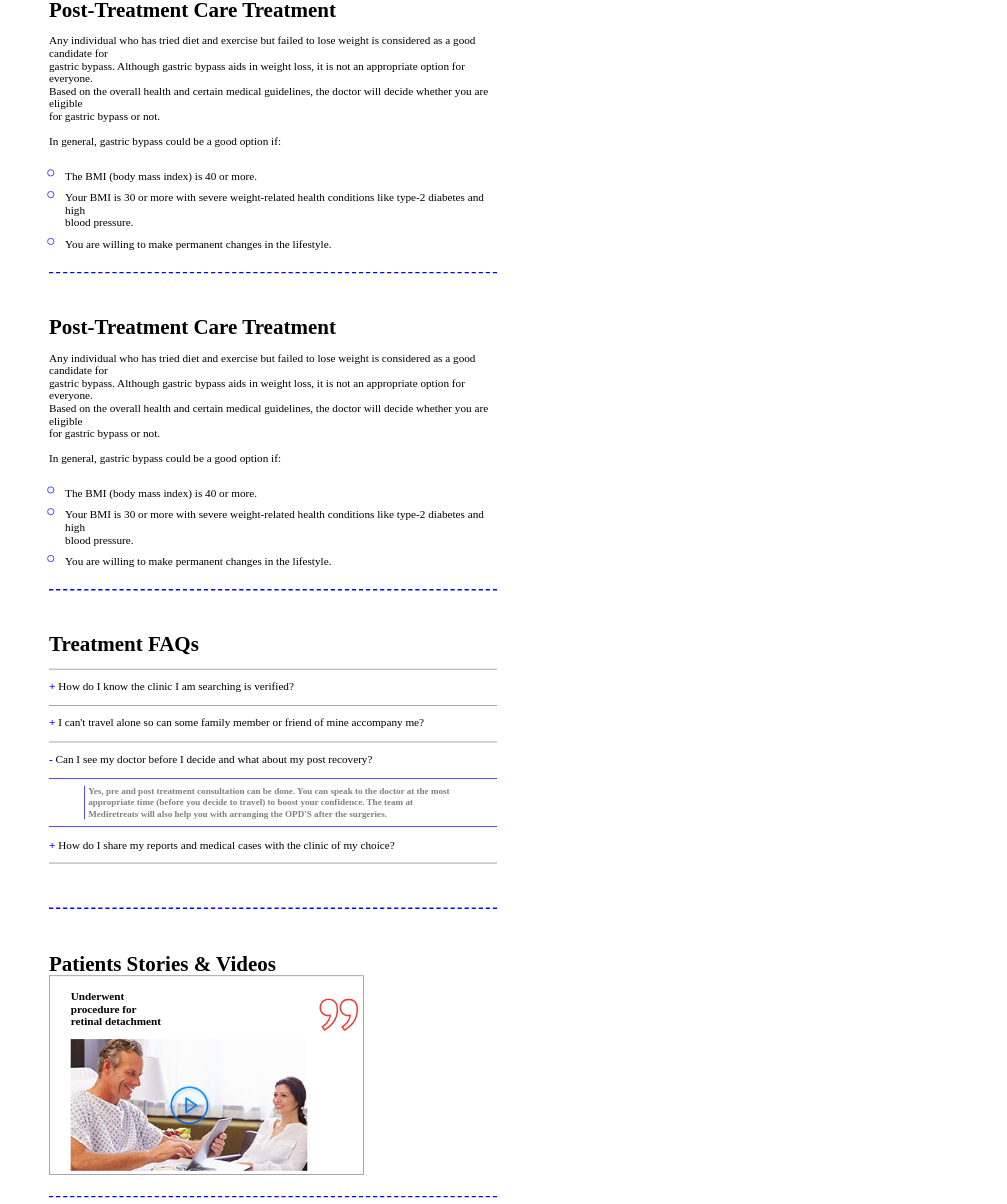
Repository: hetuk2005/webDevelopment
Page: Projects/Aafiya.html
These files come from the project's save history. The page is drawn as it stood at one moment and after the next save; the edit follows.
The browser window is 1280 px wide. The page is 1438 px wide, so the pictures cover 1438 px, including what lies to the right of the window. The pictures show the part of the page from y = 2759 to 4479 px (the page is 4479 px tall), at 70% of full size.

Above is the page before, as saved 2025-04-08 10:38:23.

### Projects/Aafiya.html
<!DOCTYPE html>
<html lang="en">

<head>
    <meta charset="UTF-8" />
    <meta name="viewport" content="width=device-width, initial-scale=1.0" />
    <title>Hetuk</title>
    <link rel="stylesheet" href="./CSS/Aafiya.css" />
</head>

<body>
    <nav>
        <div class="child1">
            <div class="images">
                <img src="./Images/Aafiya Logo.svg" alt="Aafiya Logo" class="img1" /><br />
                <img src="./Images/Logo 2.png" alt="Logo" class="img2" />
            </div>
            <div class="image_text">
                <div class="book_text">
                    <img src="./Images/Book.svg" alt="Book" class="img3" />
                    <div class="grid">
                        <br />
                        <p class="text">Second Medical Option</p>
                        <p class="text1">Book Consultation</p>
                    </div>
                </div>
                <div class="call_text">
                    <img src="./Images/Call.svg" alt="Call" class="img4" /><br />
                    <div class="grid">
                        <br />
                        <p class="text">Call Us On</p>
                        <p class="text1">985 896 2222</p>
                    </div>
                </div>
                <div class="mail_text">
                    <img src="./Images/Mail.png" alt="Mail" class="img5" />
                    <div class="grid">
                        <br />
                        <p class="text">Email Us On</p>
                        <p class="text1">info@mediretreats.com</p>
                    </div>
                </div>
                <div class="India">
                    <img src="./Images/India.svg" alt="India Flag" class="img6" />
                    <img src="./Images/Dropdown Arrow.svg" alt="Dropdown Arrow" class="img7" />
                </div>
            </div>
        </div>
        <div class="child2">
            <ul>
                <li>Home</li>
                <li>About Us</li>
                <li>Treatments +</li>
                <li>Destinations +</li>
                <li>Hospitals</li>
                <li>FAQs</li>
                <li>Blog</li>
                <li>Request A Quote</li>
            </ul>
            <input type="search" placeholder="Search" />
        </div>
    </nav>
    <div class="home_img">
        <div class="home_child">
            <p class="home_content">Home</p>
            <span> > </span>
            <p class="home_content">Treatments</p>
            <span> > </span>
            <p class="home_content">Orthopaedics</p>
            <span> > </span>
            <p class="home_content">Knee Replacement</p>
        </div>
        <br />
        <h3>Total Knee Replacement</h3>
        <p class="home_description">
            Total knee replacement is a surgery to remove and replace the whole<br /> damaged knee joint with an artificial joint.
        </p>
        <br />
        <button class="enquire_now">Enquire Now</button>
    </div>
    <div class="nav2">
        <ul>
            <li class="list">Overview</li>
            <li>Eligibility</li>
            <li>Preparation</li>
            <li>About Treatment</li>
            <li>Post-Treatment Care</li>
            <li>Recovery Tips</li>
            <li>FAQs</li>
            <li>Patients Stories</li>
        </ul>
    </div>
    <div class="treatment_overview">
        <div class="treatment_text">
            <h3>Treatment Overview</h3>
            <br />
            <p>
                Lorem ipsum dolor sit amet consectetur adipisicing elit.<br /> Earum, culpa vel debitis incidunt non quis.
            </p>
            <br />
            <p>
                Lorem ipsum dolor sit amet consectetur adipisicing elit.<br /> aliquam repudiandae, corporis consectetur dolorem eum.<br /> facilis quasi, praesentium inventore expedita quo hic.
            </p>
            <br />
            <p>
                Lorem ipsum dolor sit amet culpa vel debitis<br /> consectetur, adipisicing elit. Adipisci, nemo.
            </p>
            <br />
        </div>
        <div class="treatment_img">
            <img src="./Images/treatment_overview (1).jpg" alt="Image" />
        </div>
    </div>
    <div class="eligibility_for_treatment">
        <div class="eligibility_text">
            <h3>Eligibility For Treatment</h3>
            <br />
            <p>
                Any individual who has tried diet and exercise but failed to lose weight is considered as a good candidate for<br /> gastric bypass. Although gastric bypass aids in weight loss, it is not an appropriate option for everyone.<br /> Based
                on the overall health and certain medical guidelines, the doctor will decide whether you are eligible<br /> for gastric bypass or not.
            </p>
            <br />
            <p>In general, gastric bypass could be a good option if:</p>
            <br />
            <ul>
                <li>The BMI (body mass index) is 40 or more.</li>
                <li>
                    Your BMI is 30 or more with severe weight-related health conditions like type-2 diabetes and high<br /> blood pressure.
                </li>
                <li>You are willing to make permanent changes in the lifestyle.</li>
            </ul>
        </div>
        <br /><br /><br />
        <div class="eligibility_form">
            <h3>Need Help?</h3>
            <br />
            <p>
                Just let us know. We will be happy to<br /> assist you.
            </p>
            <br /><br />
            <form>
                <input type="text" placeholder="Full Name" /><br /><br />
                <input type="email" placeholder="Email" /><br /><br />
                <input type="tel" placeholder="Phone Number" /><br /><br />
                <input type="textarea" placeholder="Describe Your Treatment Requirement" class="textarea" /><br /><br />
                <button class="Enquiry">Send Enquiry</button>
            </form>
        </div>
    </div>
    <div class="preparation_of_treatment">
        <h3>Preparation Of Treatment</h3>
        <br />
        <p>
            Any individual who has tried diet and exercise but failed to lose weight is considered as a good candidate for<br /> gastric bypass. Although gastric bypass aids in weight loss, it is not an appropriate option for everyone.<br /> Based on
            the overall health and certain medical guidelines, the doctor will decide whether you are eligible<br /> for gastric bypass or not.
        </p>
        <br />
        <p>In general, gastric bypass could be a good option if:</p>
        <br />
        <ul>
            <li>The BMI (body mass index) is 40 or more.</li>
            <li>
                Your BMI is 30 or more with severe weight-related health conditions like type-2 diabetes and high<br /> blood pressure.
            </li>
            <li>You are willing to make permanent changes in the lifestyle.</li>
        </ul>
    </div>
    <div class="about_treatment">
        <h3>About Treatment</h3>
        <br />
        <p>
            Any individual who has tried diet and exercise but failed to lose weight is considered as a good candidate for<br /> gastric bypass. Although gastric bypass aids in weight loss, it is not an appropriate option for everyone.<br /> Based on
            the overall health and certain medical guidelines, the doctor will decide whether you are eligible<br /> for gastric bypass or not.
        </p>
        <br />
        <p>In general, gastric bypass could be a good option if:</p>
        <br />
        <ul>
            <li>The BMI (body mass index) is 40 or more.</li>
            <li>
                Your BMI is 30 or more with severe weight-related health conditions like type-2 diabetes and high<br /> blood pressure.
            </li>
            <li>You are willing to make permanent changes in the lifestyle.</li>
        </ul>
    </div>
    <div class="post_treatment">
        <h3>Post-Treatment Care Treatment</h3>
        <br />
        <p>
            Any individual who has tried diet and exercise but failed to lose weight is considered as a good candidate for<br /> gastric bypass. Although gastric bypass aids in weight loss, it is not an appropriate option for everyone.<br /> Based on
            the overall health and certain medical guidelines, the doctor will decide whether you are eligible<br /> for gastric bypass or not.
        </p>
        <br />
        <p>In general, gastric bypass could be a good option if:</p>
        <br />
        <ul>
            <li>The BMI (body mass index) is 40 or more.</li>
            <li>
                Your BMI is 30 or more with severe weight-related health conditions like type-2 diabetes and high<br /> blood pressure.
            </li>
            <li>You are willing to make permanent changes in the lifestyle.</li>
        </ul>
    </div>
    <div class="treatment_recovery">
        <h3>Post-Treatment Care Treatment</h3>
        <br />
        <p>
            Any individual who has tried diet and exercise but failed to lose weight is considered as a good candidate for<br /> gastric bypass. Although gastric bypass aids in weight loss, it is not an appropriate option for everyone.<br /> Based on
            the overall health and certain medical guidelines, the doctor will decide whether you are eligible<br /> for gastric bypass or not.
        </p>
        <br />
        <p>In general, gastric bypass could be a good option if:</p>
        <br />
        <ul>
            <li>The BMI (body mass index) is 40 or more.</li>
            <li>
                Your BMI is 30 or more with severe weight-related health conditions like type-2 diabetes and high<br /> blood pressure.
            </li>
            <li>You are willing to make permanent changes in the lifestyle.</li>
        </ul>
    </div>
    <div class="treatment_faqs">
        <h3>Treatment FAQs</h3>
        <br />
        <p>How do I know the clinic I am searching is verified?</p>
        <br />
        <p>
            I can't travel alone so can some family member or friend of mine accompany me?
        </p>
        <br />
        <p class="answered">
            Can I see my doctor before I decide and what about my post recovery?
        </p>
        <br />
        <p class="answer">
            <span class="left">
          Yes, pre and post treatment consultation can be done. You can speak to
          the doctor at the most<br />
          appropriate time (before you decide to travel) to boost your
          confidence. The team at<br />
          Mediretreats will also help you with arranging the OPD'S after the
          surgeries.
        </span>
        </p>
        <br />
        <a class="bottom">
        How do I share my reports and medical cases with the clinic of my
        choice?
      </a>
        <br />
    </div>
    <div class="patient_stories">
        <h3>Patients Stories & Videos</h3>
        <div class="stories_img">
            <div class="text1">
                <p class="stories_text">Underwent procedure for<br> retinal detachment</p>
                <br>
                <img src="./Images/Quotes.svg" alt="Quotes" class="quotes">
            </div>
            <img src="./Images/Patient_Stories.png" alt="Image Of Patient" class="patients" />
        </div>
    </div>
</body>

</html>

### Projects/CSS/Aafiya.css
* {
    margin: 0;
    padding: 0;
    box-sizing: border-box;
}

nav {
    width: 100%;
}

.child1 {
    display: flex;
    padding-top: 15px;
    gap: 20px;
    /* height: 50vh; */
    /* border: 1px solid black; */
    justify-content: space-evenly;
    align-items: center;
}

.img3,
.img4,
.img5 {
    height: 60px;
    width: 60px;
    padding-top: 10px;
    object-fit: contain;
}

.book_text,
.call_text,
.mail_text {
    display: flex;
    width: 250px;
    /* border: 1px solid red; */
    justify-content: center;
    padding-bottom: 15px;
}

.grid {
    display: grid;
    text-align: left;
    padding-left: 10px;
}

.img1 {
    height: 70px;
    width: 300px;
    object-fit: contain;
}

.img2 {
    height: 80px;
    width: 70px;
    object-fit: contain;
}

.image_text {
    display: flex;
    gap: 20px;
    padding-right: 50px;
}

.images {
    display: flex;
    gap: 25px;
    padding-left: 50px;
    justify-content: center;
    align-items: center;
}

.text1 {
    font-weight: bolder;
    font-size: 15px;
}

.text {
    font-weight: bold;
    color: gray;
    font-size: 15px;
}

.India {
    display: flex;
    padding-left: 5px;
    justify-content: center;
    gap: 8px;
}

.India>.img6 {
    height: 50px;
    /* width: 50px; */
    padding-top: 10px;
    object-fit: contain;
}

.India>.img7 {
    height: 40px;
    /* width: 40px; */
    padding-top: 23px;
    object-fit: contain;
}

.child2 {
    display: flex;
    padding-top: 10px;
    /* border: 1px solid black; */
    justify-content: space-evenly;
    align-items: center;
    color: white;
    padding-bottom: 10px;
    background-color: rgb(125, 163, 244);
}

.child2>ul {
    list-style-type: none;
    display: flex;
    gap: 60px;
    justify-content: center;
    font-weight: bold;
    align-items: center;
    font-size: larger;
    padding-right: 60px;
}

.child2>input {
    height: 45px;
    background-color: rgb(125, 163, 244);
    width: 200px;
    padding-left: 10px;
    font-weight: bold;
    border: 2px solid black;
}

.child2>input::placeholder {
    color: white;
    text-align: center;
    font-size: large;
    font-weight: bolder;
    opacity: 0.8;
}

.home_img {
    background-image: url(../Images/Main\ Image.jpg);
    background-position: center center;
    background-size: cover;
    background-repeat: no-repeat;
    padding: 80px 0;
    padding-left: 70px;
    position: relative;
    color: white;
}

.home_img>.home_child {
    display: flex;
    gap: 20px;
}

.home_img>.home_child>.home_content,
span {
    font-size: 20px;
    font-weight: bold;
}

.home_img>h3 {
    font-size: 37px;
    font-weight: bolder;
    margin-bottom: 15px;
}

.home_img>.home_description {
    font-size: 19px;
    margin-bottom: 25px;
    font-weight: bold;
}

.home_img>.home_child>span {
    color: red;
}

.home_img>.enquire_now {
    background-color: #1da1f2;
    font-weight: bold;
    color: white;
    font-size: 17px;
    width: 170px;
    height: 40px;
}

.nav2>ul {
    list-style-type: none;
    display: flex;
    gap: 50px;
    padding-left: 60px;
    padding-top: 25px;
    padding-bottom: 20px;
    border-bottom: 2px solid gray;
    font-size: larger;
    font-weight: 300;
}

.nav2>ul>.list:hover {
    text-decoration: underline;
}

.treatment_overview {
    display: flex;
    width: 100%;
    gap: 50px;
    margin-bottom: 10px;
    border-bottom: 2px dashed blue;
    margin-left: 70px;
}

.treatment_overview>.treatment_text {
    padding-top: 67px;
    padding-bottom: 50px;
}

.treatment_overview>.treatment_text>p {
    font-size: 25px;
    padding-bottom: 25px;
}

.treatment_overview>.treatment_text>h3 {
    font-weight: bold;
    font-size: 30px;
}

.treatment_overview>.treatment_img>img {
    height: 480px;
    width: 700px;
    padding-top: 40px;
    padding-bottom: 40px;
    object-fit: contain;
    margin-right: 70px;
}

.eligibility_for_treatment {
    display: flex;
    width: 100%;
    gap: 80px;
    padding-top: 50px;
    margin-left: 70px;
}

.eligibility_for_treatment>.eligibility_text {
    border-bottom: 2px dashed blue;
}

.eligibility_for_treatment>.eligibility_text>h3 {
    font-size: 30px;
    font-weight: bold;
}

.eligibility_for_treatment>.eligibility_text>ul {
    list-style-type: circle;
    padding-left: 23px;
}

.eligibility_for_treatment>.eligibility_text>ul>li::marker {
    color: blue;
    font-size: 30px;
    font-weight: bold;
}

.eligibility_for_treatment>.eligibility_form>h3 {
    font-size: 35px;
    color: blue;
    font-weight: bold;
    font-style: italic;
}

.eligibility_form {
    box-shadow: 0 0 10px rgba(0, 0, 0, 0.4);
    border-radius: 7px;
    padding: 20px;
}

.eligibility_for_treatment>.eligibility_form>p {
    font-size: 20px;
}

.eligibility_for_treatment>.eligibility_form>form>input {
    height: 40px;
    width: 300px;
    gap: 20px;
    border: 2px solid black;
    border-radius: 7px;
}

.eligibility_for_treatment>.eligibility_form>form>input::placeholder {
    color: gray;
    padding-left: 15px;
}

.eligibility_for_treatment>.eligibility_form>form>.textarea {
    height: 100px;
    width: 300px;
    border: 2px solid black;
    border-radius: 7px;
}


/*.eligibility_for_treatment>.eligibility_form>form>.textarea::placeholder {
    padding-bottom: 70px;
}*/

.eligibility_for_treatment>.eligibility_form>form>button {
    background: linear-gradient(to right, #00aaff, #66ccff);
    color: white;
    width: 100%;
    border-radius: 7px;
    border: none;
    height: 45px;
}

.preparation_of_treatment>h3 {
    font-size: 30px;
    font-weight: bold;
}

.preparation_of_treatment {
    border-bottom: 2px dashed blue;
    margin-bottom: 10px;
    padding-bottom: 30px;
    gap: 50px;
    padding-top: 50px;
    margin-left: 70px;
    width: 50%;
}

.preparation_of_treatment>ul {
    list-style-type: circle;
    padding-left: 23px;
}

.preparation_of_treatment>ul>li::marker {
    color: blue;
    font-size: 30px;
    font-weight: bold;
}

.about_treatment {
    border-bottom: 2px dashed blue;
    margin-bottom: 10px;
    padding-bottom: 30px;
    gap: 50px;
    padding-top: 50px;
    margin-left: 70px;
    width: 50%;
}

.about_treatment>ul {
    list-style-type: circle;
    padding-left: 23px;
}

.about_treatment>ul>li::marker {
    color: blue;
    font-size: 30px;
    font-weight: bold;
}

.about_treatment>h3 {
    font-size: 30px;
    font-weight: bold;
}

.post_treatment {
    border-bottom: 2px dashed blue;
    margin-bottom: 10px;
    padding-bottom: 30px;
    gap: 50px;
    padding-top: 50px;
    margin-left: 70px;
    width: 50%;
}

.post_treatment>ul {
    list-style-type: circle;
    padding-left: 23px;
}

.post_treatment>ul>li::marker {
    color: blue;
    font-size: 30px;
    font-weight: bold;
}

.post_treatment>h3 {
    font-size: 30px;
    font-weight: bold;
}

.treatment_recovery {
    border-bottom: 2px dashed blue;
    margin-bottom: 10px;
    padding-bottom: 30px;
    gap: 50px;
    padding-top: 50px;
    margin-left: 70px;
    width: 50%;
}

.treatment_recovery>ul {
    list-style-type: circle;
    padding-left: 23px;
}

.treatment_recovery>ul>li::marker {
    color: blue;
    font-size: 30px;
    font-weight: bold;
}

.treatment_recovery>h3 {
    font-size: 30px;
    font-weight: bold;
}

.treatment_faqs>h3 {
    font-size: 30px;
    font-weight: bold;
}

.treatment_faqs {
    border-bottom: 2px dashed blue;
    padding-bottom: 45px;
    margin-bottom: 11px;
    gap: 50px;
    padding-top: 50px;
    margin-left: 70px;
    width: 50%;
}

.treatment_faqs>p {
    border-top: 1px solid gray;
    padding-top: 15px;
    counter-reset: value;
}

.treatment_faqs>p::before {
    counter-increment: value;
    content: "+  ";
    font-weight: bold;
    color: blue;
}

.treatment_faqs>.answered {
    counter-reset: value;
}

.treatment_faqs>.answered::before {
    counter-increment: value;
    content: "-  ";
    color: blue;
}

.treatment_faqs>.bottom {
    border-bottom: 1px solid gray;
    display: block;
    padding-bottom: 15px;
    counter-reset: value;
}

.treatment_faqs>.bottom::before {
    counter-increment: value;
    content: "+  ";
    font-weight: bold;
    color: blue;
}

.treatment_faqs>.answer {
    border-top: 1px solid blue;
    border-bottom: 1px solid blue;
    padding-left: 50px;
    padding-top: 10px;
    padding-bottom: 10px;
    counter-reset: value;
}

.treatment_faqs>.answer::before {
    counter-increment: value;
    content: "";
    color: blue;
}

.treatment_faqs>.answer>.left {
    border-left: 1px solid blue;
    display: block;
    font-size: small;
    padding-left: 5px;
    color: gray;
}

.patient_stories {
    border-bottom: 2px dashed blue;
    margin-bottom: 10px;
    padding-bottom: 30px;
    gap: 50px;
    padding-top: 50px;
    margin-left: 70px;
    width: 50%;
}

.patient_stories>h3 {
    font-size: 30px;
    font-weight: bold;
}

.patient_stories>.stories_img {
    border: 1px solid gray;
    width: 450px;
    padding-left: 30px;
    padding-top: 20px;
}

.patient_stories>.stories_img>.text1 {
    display: flex;
    font-size: medium;
    /* gap: 20px; */
    /* margin-top: 50px; */
}

.patient_stories>.stories_img>.text1>.quotes {
    height: 70px;
    width: 70px;
    margin-left: 200px;
    object-fit: contain;
}

After the next save:
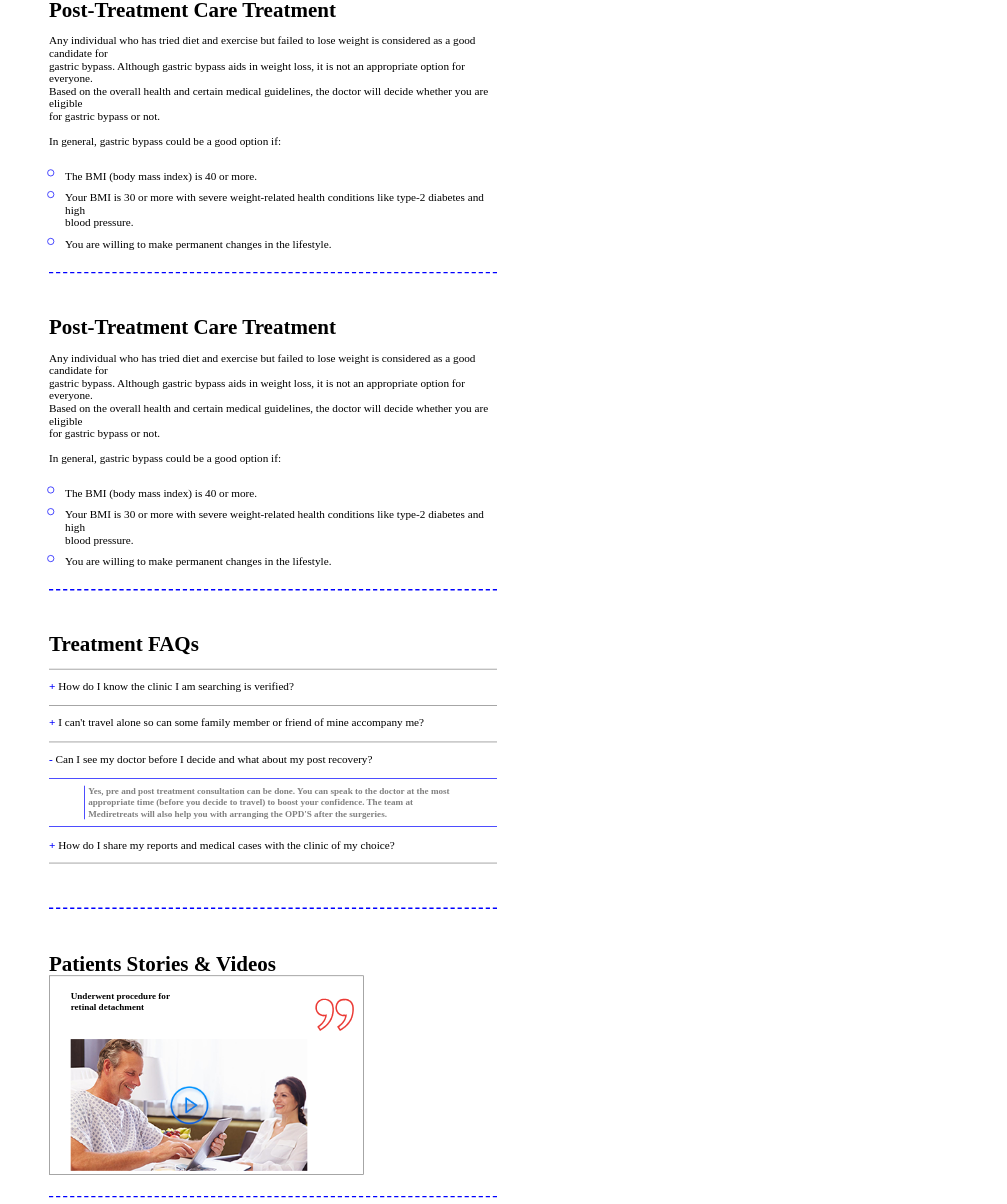
Saved 8 s later.
--- a/Projects/CSS/Aafiya.css
+++ b/Projects/CSS/Aafiya.css
@@ -518,7 +518,7 @@ span {
 
 .patient_stories>.stories_img>.text1 {
     display: flex;
-    font-size: medium;
+    font-size: small;
     /* gap: 20px; */
     /* margin-top: 50px; */
 }
